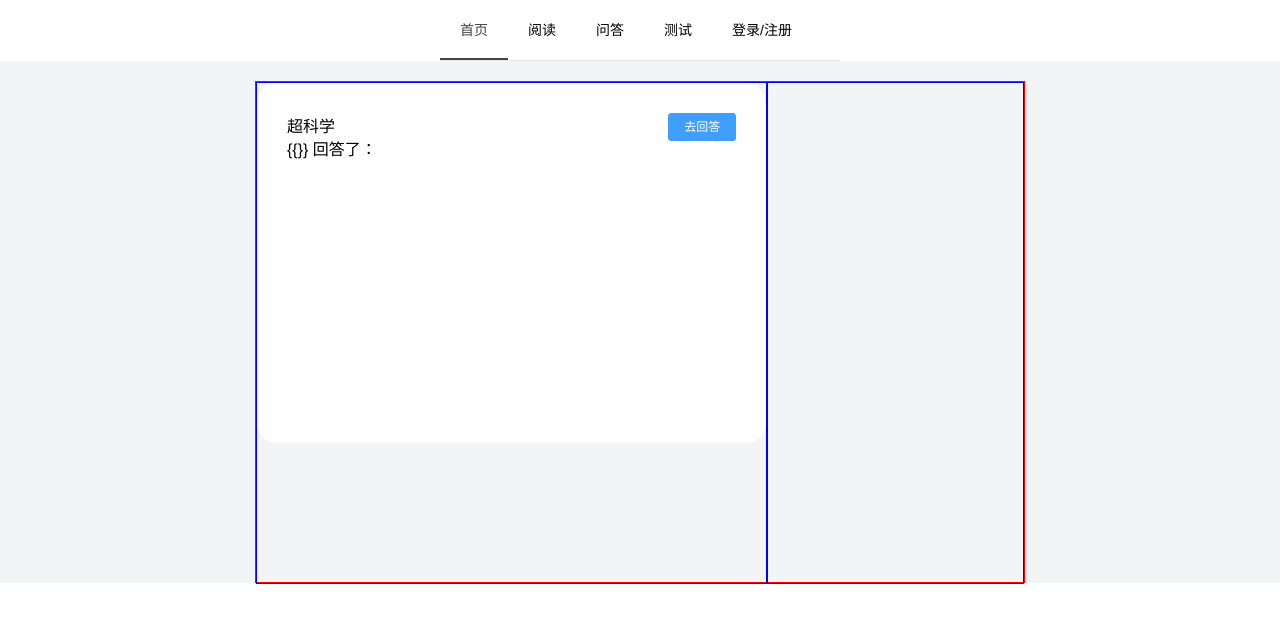
Repository: shengligo/xyx_vue_v1
Page: /qs
These files come from the project's save history. The page is drawn as it stood at one moment and after the next save; the edit follows.
The browser window is 1280 px wide. The pictures show the whole page.
The project was rebuilt for these pictures with package versions that can differ from the ones it lists, and the page was loaded fresh each time. Also part of the build but not shown: vue.config.js, src/views/home/childComps/Art.vue, src/views/author/authors.vue.

Above is the page before, as saved 2021-09-04 16:10:56.

### public/index.html
<!DOCTYPE html>
<html lang="">
  <head>
    <meta charset="utf-8">
    <meta http-equiv="X-UA-Compatible" content="IE=edge">
    <meta name="viewport" content="width=device-width,initial-scale=1.0">
    <link rel="icon" href="<%= BASE_URL %>favicon.ico">
    <title>project0000001</title>
  </head>
  <body>
    <noscript>
      <strong>We're sorry but <%= htmlWebpackPlugin.options.title %> doesn't work properly without JavaScript enabled. Please enable it to continue.</strong>
    </noscript>
    <div id="app"></div>
    <!-- built files will be auto injected -->
  </body>
</html>

### src/main.js
import Vue from 'vue'
import App from './App.vue'
import router from './router'
import store from './store'
import 'element-ui/lib/theme-chalk/index.css';
import axios from "axios";
axios.defaults.baseURL = "/api"; // http://10.1.2.85:8091/essay
axios.defaults.headers.common["Content-Type"] ="application/json;charset=UTF-8";
axios.defaults.withCredentials = true // 表示跨域请求时是否需要使用凭证
Vue.prototype.$ajax = axios;
import ElementUI from 'element-ui'

Vue.config.productionTip = false
Vue.use(ElementUI)

new Vue({
  router,
  store,
  render: h => h(App)
}).$mount('#app')

### src/App.vue
<template>
  <div id="app">
    <nav-bar ></nav-bar>
    <!-- <carousel></carousel> -->
    <!-- <art></art> -->


    <router-view></router-view>

  </div>
</template>
<script>

import NavBar from './components/common/NavBar'
import Art from '@/views/home/childComps/Art'
// import Carousel from '@/components/common/Carousel'


export default {
  name: "app",
  components:{
    NavBar,
    Art,




  }
};
</script>



<style>
@import url('assets/css/normalize.css');
#app{
  font-family: "Helvetica Neue",Helvetica,"PingFang SC","Hiragino Sans GB","Microsoft YaHei","微软雅黑",Arial,sans-serif;
}



</style>

### src/router/index.js

import Vue from 'vue'
import VueRouter from 'vue-router'
import Auther from '../views/author/authors.vue'

const Home = () => import('../views/home/Home')

const Question = () => import('../views/questions/Question')
const Read = () => import('../views/read/Read')
const Test = () => import('../views/testing/Test')
const Login = () => import('../components/common/login/Login')
const originalPush = VueRouter.prototype.push

VueRouter.prototype.push = function push(location) {
  return originalPush.call(this, location).catch(err => err)
}
// fksdljfkjdsjflsdjlfja
Vue.use(VueRouter)

const routes = [
  {
    path: '/',
    name: 'Home',
    component: Home
  },
  {
    path: '/auther',
    component: Auther
  },
  // {
  //   path: '/home',
  //   name: 'Home',
  //   component: Home
  // },

  {
    path:'/qs',
    name:'Qs',
    component:Question
  },
  {
    path:'/read',
    name:'Read',
    component:Read
  },
  {
    path:'/test',
    name:'Test',
    component:Test
  },
  {
    path:'/login',
    name:'Login',
    component:Login
  }
]

const router = new VueRouter({
  mode: 'history',
  base: process.env.BASE_URL,
  routes
})

export default router

### src/store/index.js
import Vue from 'vue'
import Vuex from 'vuex'

Vue.use(Vuex)

export default new Vuex.Store({
  state: {
    activeIndex:'1',
    baceUrl: 'http://10.1.2.85:8091/'
  },
  mutations: {
    ChangeActive (state,index) {
      // console.log(state,index)
      state.activeIndex = index
    }
  },
  actions: {
  },
  modules: {
  }
})

### src/components/common/NavBar.vue
<template>
  <div>
     <div class="nav">

       <el-menu
          :default-active="$store.state.activeIndex"
          class="el-menu-demo"
          mode="horizontal"
          text-color="#000000"
          active-text-color="#444444"
        >
          <el-menu-item index="1" @click="itemclick">首页</el-menu-item>
          <el-menu-item index="2" @click="itemclick2">阅读</el-menu-item>
          <el-menu-item index="3" @click="itemclick3">问答</el-menu-item>
          <el-menu-item index="4" @click="itemclick4">测试</el-menu-item>
          <el-menu-item index="5" @click="itemclick5">登录/注册</el-menu-item>
        </el-menu>

     </div>

  </div>
</template>

<script>


export default {

  name: "navbar",
  data() {
    return {
    }
  },
  methods:{
    itemclick(){
      console.log('itemclick');
      this.$router.push("/")
    },
    itemclick2(){
      this.$router.push("/read")
    },
    itemclick3(){
      this.$router.push("./qs")
    },
    itemclick4(){
      this.$router.push('./test')
    },
    itemclick5(){
      this.$router.push('/login')
    }

  },

};
</script>

<style scoped>
.nav{

  margin: 0 auto;
  /* background-color: rgba(217, 221, 221, 0.918);
   */
   /* background-color: #5880A9; */
  padding: 0;


}
.nav>.el-menu{
  width: 400px;
  margin: 0 auto;
  /* background-color: rgba(217, 221, 221, 0.918); */
}

</style>

### src/views/questions/Question.vue
<template>
  <div id="question">
    <div class="bodyCenter">
      <div class="bodyright">
        <div v-for="(item,index) in results" :key="index" class="rightbox">

          <div>
            <div class="answerer">
              <span>{{item.answerer}}</span>
              <el-button type="primary" size="mini">去回答</el-button>
            </div>
            <div class="time">{{}} 回答了：</div>
          </div>
        </div>
      </div>
      <div class="bodyleft"></div>
    </div>
  </div>
</template>

<script>
export default {
  name: "question",
  data() {
    return {
      results: [
        {
          title: "心理变态怎么办？",
          quizzer: "花开富贵",
          quizContent: "心理超级变态是不是没救了",
          quizType: null,
          status: null,
          label: null,
          answerer: "超科学",
          answerContent:
            "心理变态不是病，只要你不傻逼就行心理变态不是病，只要你不傻逼就行心理变态不是病，只要你不傻逼就行心理变态不是病，只要你不傻逼就行心理变态不是病，只要你不傻逼就行心理变态不是病，只要你不傻逼就行心理变态不是病，只要你不傻逼就行心理变态不是病，只要你不傻逼就行心理变态不是病，只要你不傻逼就行",
          likePoint: 0
        }
      ]
    };
  }
};
</script>

<style scoped>
#question {
  width: 100%;
  height: 100%;
  padding-top: 20px;
  background-color: rgb(243, 244, 245);
}
.bodyCenter {
  width: 60%;
  height: 500px;
  margin: 0 auto;
  display: flex;
  border: 1px solid red;
}
.bodyright {
  border: 1px solid blue;
  /* width: 40%; */
  flex: 2;
  height: 500px;
}
.bodyleft {
  border: 1px solid blue;
  /* width: 20%; */
  flex: 1;
  height: 500px;
}
.rightbox {
  height: 300px;
  width: calc(100% - 60px);
  padding: 30px;
  border-radius: 20px;
  background-color: #fff;
}
.answerer {
  display: flex;
  justify-content: space-between;
  line-height: 28px;
}
</style>

Loaded but not shown: src/assets/css/normalize.css (library)

After the next save:
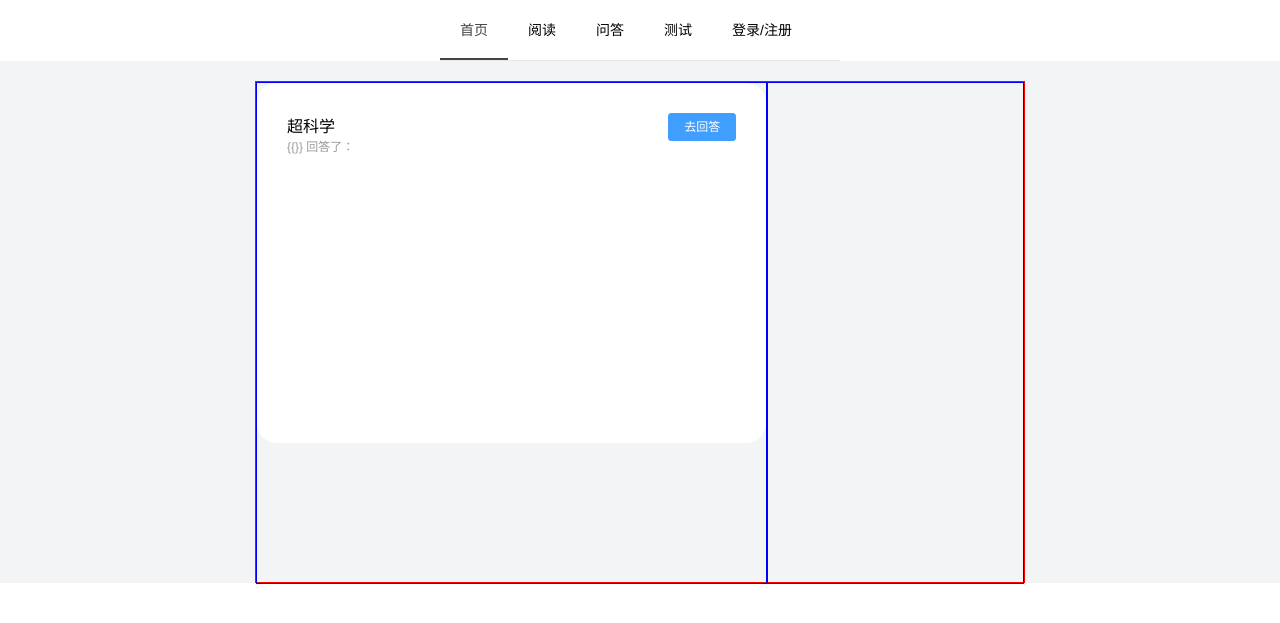
Saved 37 s later.
--- a/src/views/questions/Question.vue
+++ b/src/views/questions/Question.vue
@@ -80,4 +80,8 @@ export default {
   justify-content: space-between;
   line-height: 28px;
 }
+.time {
+  font-size: 12px;
+  color: #999;
+}
 </style>
